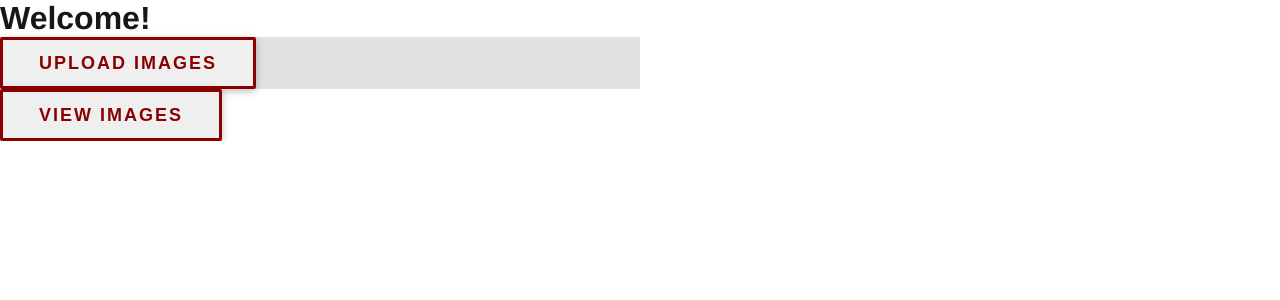
Repository: EricRobertCampbell/palaeo-fossil-classifier
Page: /dashboard (app in palaeo-fossil-classifier/)
These files come from the project's save history. The page is drawn as it stood at one moment and after the next save; the edit follows.
The browser window is 1280 px wide. The pictures show the whole page.
Some web libraries are served in a nearby version. The project was rebuilt for these pictures with package versions that can differ from the ones it lists, and the page was loaded fresh each time. The framework's server and built-in components were replaced by stand-ins that run in the browser. Also part of the build but not shown: palaeo-fossil-classifier/next.config.ts, palaeo-fossil-classifier/app/admin.tsx, palaeo-fossil-classifier/app/classify.tsx.

Above is the page before, as saved 2024-11-30 14:52:49.

After the next save:
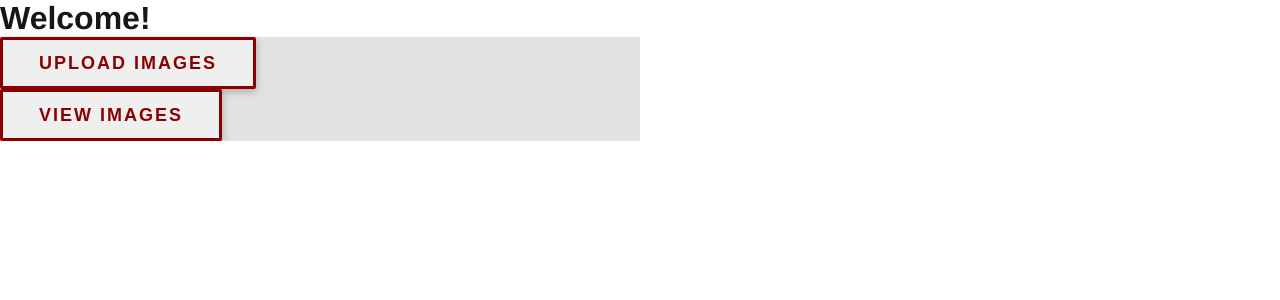
Saved 27 s later.
--- a/palaeo-fossil-classifier/app/dashboard/page.module.css
+++ b/palaeo-fossil-classifier/app/dashboard/page.module.css
@@ -13,7 +13,6 @@
 .area {
 background: #e2e2e2;
 width: 50%;
-height: 50%;
 }
 
 
